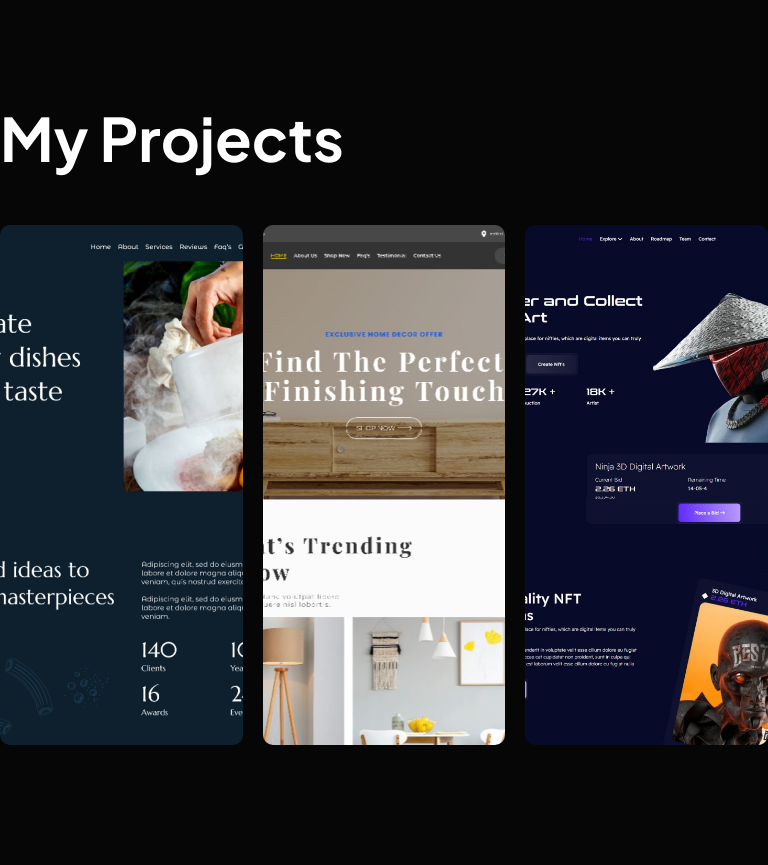
Repository: AliHassan02-Dev/PORTFOLIO
Page: /Projects (app in Front-end/)
These files come from the project's save history. The page is drawn as it stood at one moment and after the next save; the edit follows.
The browser window is 768 px wide. The pictures show the whole page.
The project was rebuilt for these pictures with package versions that can differ from the ones it lists, and the page was loaded fresh each time. Also part of the build but not shown: Front-end/vite.config.js, Front-end/src/Components/Navbar.jsx, Front-end/src/Pages/Home.jsx, Front-end/src/Pages/About.jsx, Front-end/src/Pages/Projects.jsx, Front-end/src/Components/Footer.jsx, Front-end/src/App.jsx, Front-end/src/Components/ProjectPreview.jsx.

Above is the page before, as saved 2024-08-24 07:59:17.

After the next save:
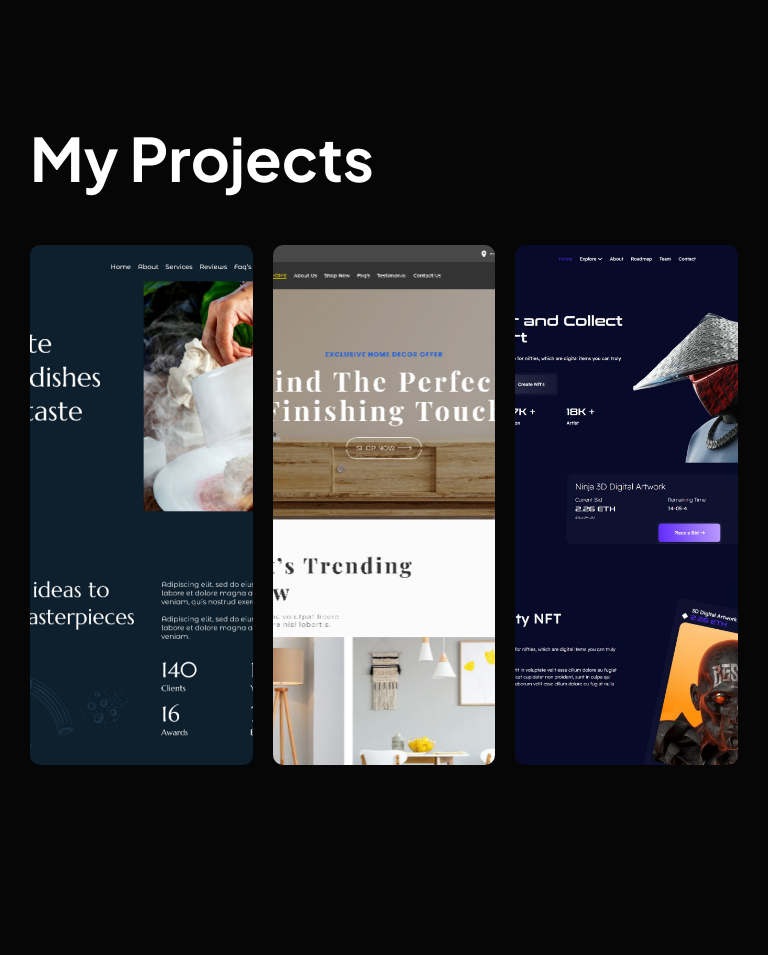
Saved 11 s later.
--- a/Front-end/src/App.css
+++ b/Front-end/src/App.css
@@ -868,7 +868,7 @@ body {
     width: 100%;
     height: 100%;
     margin: 100px auto;
-    padding: 0px 0px;
+    padding: 20px 30px;
   }
 
   .projectsContainer .projectsWrapper {
